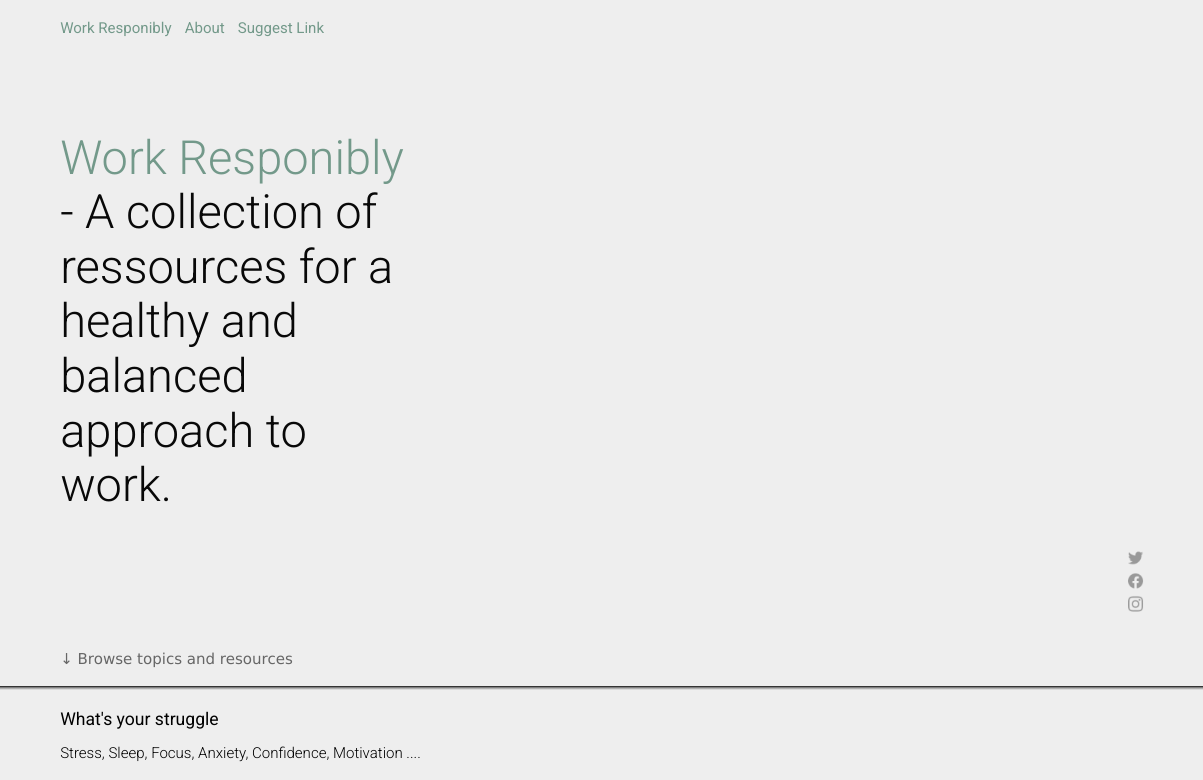
Repository: m0lt/modul_1
Page: 20250704_git_intro/Aufgaben/index.html
An editor plug-in stored every save of this project. The page is shown before and after the next save, followed by the edit.
The browser window is 1280 px wide. The pictures show the whole page, at 94% of full size.

Above is the page before, as saved 2025-07-08 06:43:10.

### 20250704_git_intro/Aufgaben/index.html
<!DOCTYPE html>
<html lang="en">
  <head>
    <meta charset="UTF-8" />
    <meta name="viewport" content="width=device-width, initial-scale=1.0" />
    <link rel="stylesheet" href="./assets/css/styles.css" />
    <title>Document</title>
  </head>
  <body>
    <header class="content">
      <nav>
        <ul>
          <li>Work Responibly</li>
          <li>About</li>
          <li>Suggest Link</li>
        </ul>
      </nav>
    </header>
    <main>
      <section class="fullwidth hero">
        <!-- Hero Text -->
        <div class="content">
          <div class="titleWrapper">
              <h1>Work Responibly</h1>
              <h2>- A collection of ressources for a healthy and balanced approach to work.</h1>
          </div>
        </div>
        <!-- Sidebar Icons -->
        <div class="socialIcons content">
          <img src="./assets/img/TW.png" alt="">
          <img src="./assets/img/FB.png" alt="">
          <img src="./assets/img/IG.png" alt="">
        </div>

        <div class="content scroll">
          <p>↓ Browse topics and resources</p>
        </div>
        <div class="fullwidth-divider">
        </div>

      </section>

      <section>
        <div class="content">
          <h3>What's your struggle</h3>
          <p>Stress, Sleep, Focus, Anxiety, Confidence, Motivation ....</p>
        </div>
      </section>
    </main>
  </body>
</html>

### 20250704_git_intro/Aufgaben/assets/css/styles.css
* {
  box-sizing: border-box;
  margin: 0;
  padding: 0;
}

@font-face {
  font-family: "Roboto";
  src: url("../font/Roboto/Roboto-VariableFont_wdth\,wght.ttf");
}
@font-face {
  font-family: "Lucida Grande";
  src: url("../font/LucidaGrande/lucida\ grande.ttf");
}

html {
  font-family: "Roboto";
  background: #eeeeee;
}
.content {
  padding: 20px 5vw 20px 5vw;
  margin: 0 auto;
}
nav {
  padding-bottom: 60px;
  z-index: 20px;
}
nav li {
  color: #73998a;
  display: inline-block;
  list-style: none;
  padding-right: 10px;
}
.hero {
  /* height: 100vh;
  z-index: 10; */
}
.titleWrapper {
  width: 30vw;
}
h1 {
  color: #73998a;
  font-size: 50px;
  font-weight: 300;
}
h2 {
  color: #080808;
  font-size: 50px;
  font-weight: 300;
}

h3 {
  font-weight: 400;
  padding-bottom: 15px;
}

p {
  font-weight: 300;
}

.socialIcons {
  display: flex;
  flex-direction: column;
  align-items: flex-end;
  gap: 8px;
}

.socialIcons img {
  width: 16px; /* Icon-Größe */
  height: auto; /* damit das Seitenverhältnis erhalten bleibt */
}

.fullwidth-divider {
  height: 4px;
  background: linear-gradient(0deg, rgba(0, 0, 0, 0), rgba(0, 0, 0, 0.5));
  border-top: 1px solid #080808;
}

.scroll {
  color: #666666;
  font-family: "Lucida Grande";
}

After the next save:
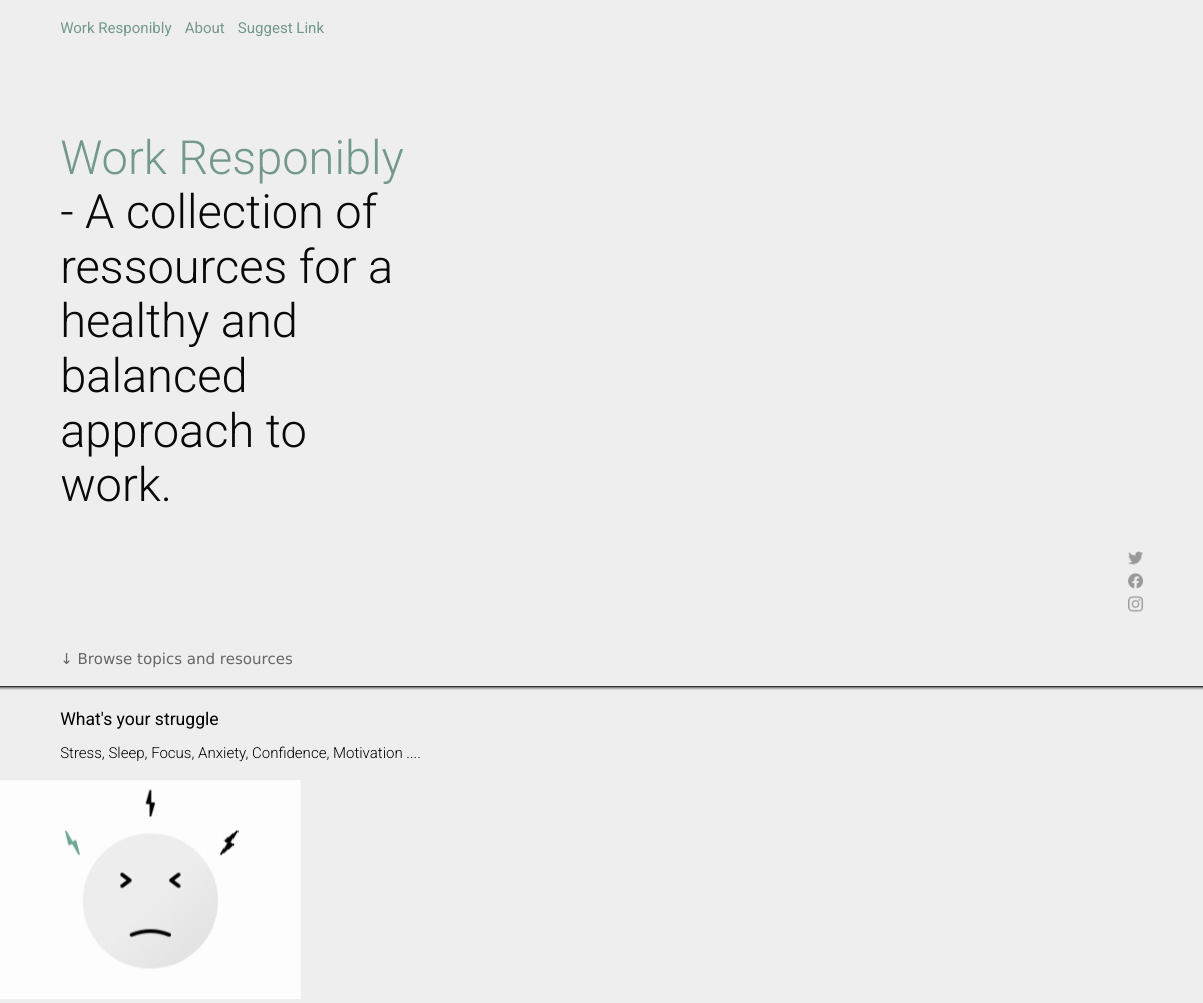
Saved 98 s later.
--- a/20250704_git_intro/Aufgaben/index.html
+++ b/20250704_git_intro/Aufgaben/index.html
@@ -45,6 +45,9 @@
           <h3>What's your struggle</h3>
           <p>Stress, Sleep, Focus, Anxiety, Confidence, Motivation ....</p>
         </div>
+        <div class="gridWrapper">
+          <img src="./assets/img/stress.jpg" alt="">
+        </div>
       </section>
     </main>
   </body>
